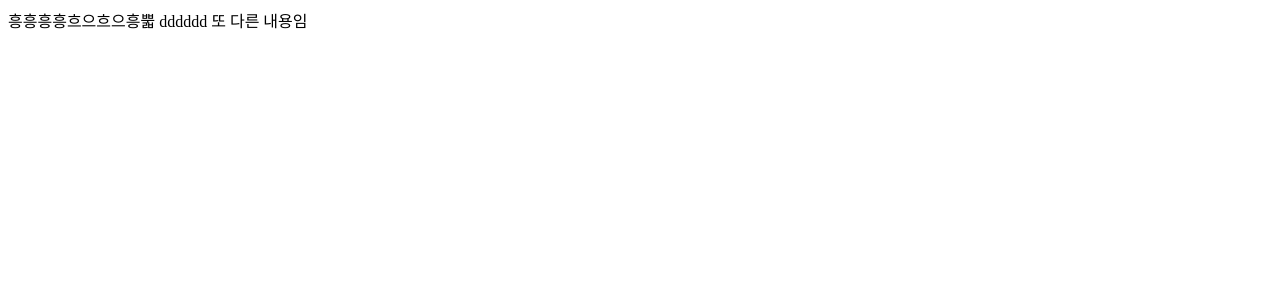
Repository: sika5382/jsp
Page: html/WebContent/NewFile.html
An editor plug-in stored every save of this project. The page is shown before and after the next save, followed by the edit.
The browser window is 1280 px wide. The pictures show the whole page.

Above is the page before, as saved 2020-10-29 05:04:55.

After the next save:
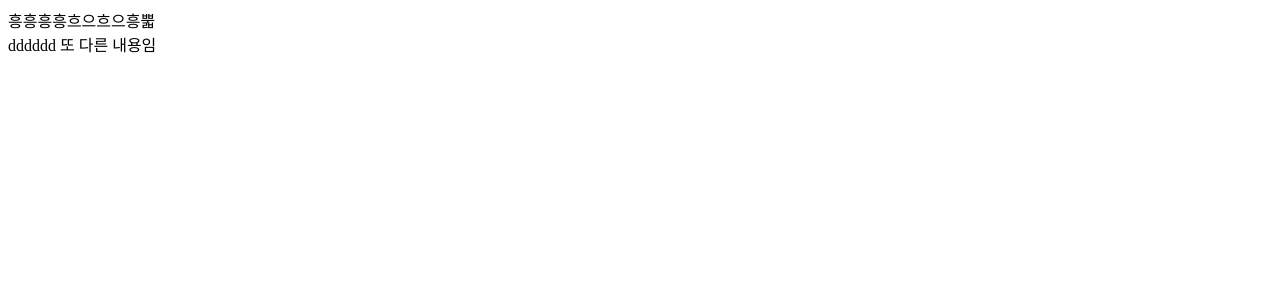
Saved 65 s later.
--- a/html/WebContent/NewFile.html
+++ b/html/WebContent/NewFile.html
@@ -5,7 +5,8 @@
 <title>Insert title here</title>
 </head>
 <body>
-	흥흥흥흥흐으흐으흥뿗 dddddd <!-- html 주석 -->
+	흥흥흥흥흐으흐으흥뿗 <br>
+	dddddd 			 <!-- html 주석 -->
 	또 다른 내용임
 </body>
 </html>
